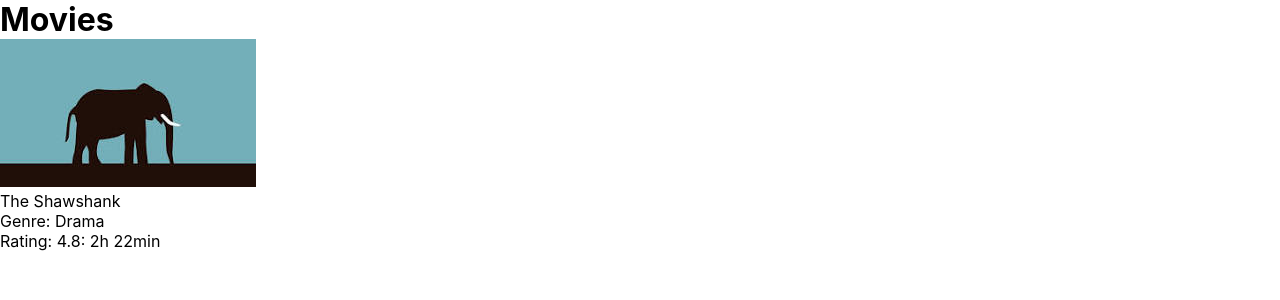
Repository: sbodova24/REACT__MovieApp
Page: /
An editor plug-in stored every save of this project. The page is shown before and after a run of saves, followed by the edit.
The browser window is 1280 px wide. The pictures show the whole page.
The page's requests for data from a server got no answer. The project was rebuilt for these pictures with package versions that can differ from the ones it lists, and the page was loaded fresh each time. No one was signed in, and anything a server would have sent is missing.

Above is the page before, as saved 2024-11-13 05:47:31.

After the next 7 saves:
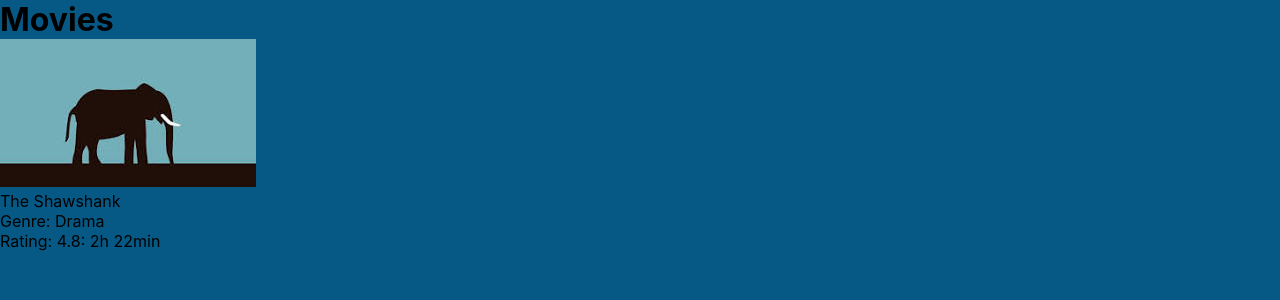
The 7 saves are shown as one change because they came seconds apart.
The last was saved 18 s later.
--- a/src/App.css
+++ b/src/App.css
@@ -5,5 +5,6 @@
 }
 
 body {
+  background-color: #075985;
 
 }

After the 6 saves that followed:
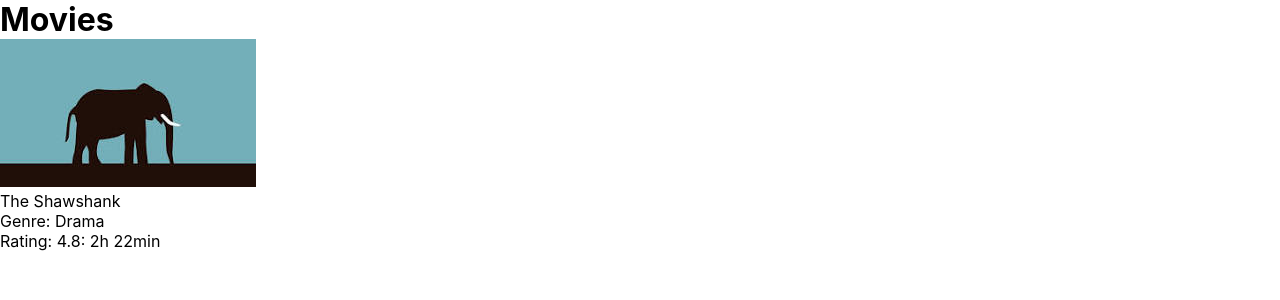
The 6 saves are shown as one change because 2 left the picture as it was and some came seconds apart.
The last was saved 20 s later.
--- a/src/App.css
+++ b/src/App.css
@@ -4,7 +4,8 @@
 box-sizing:border-box;
 }
 
+:
 body {
   background-color: #075985;
-
+  overflow-x: hidden;
 }
